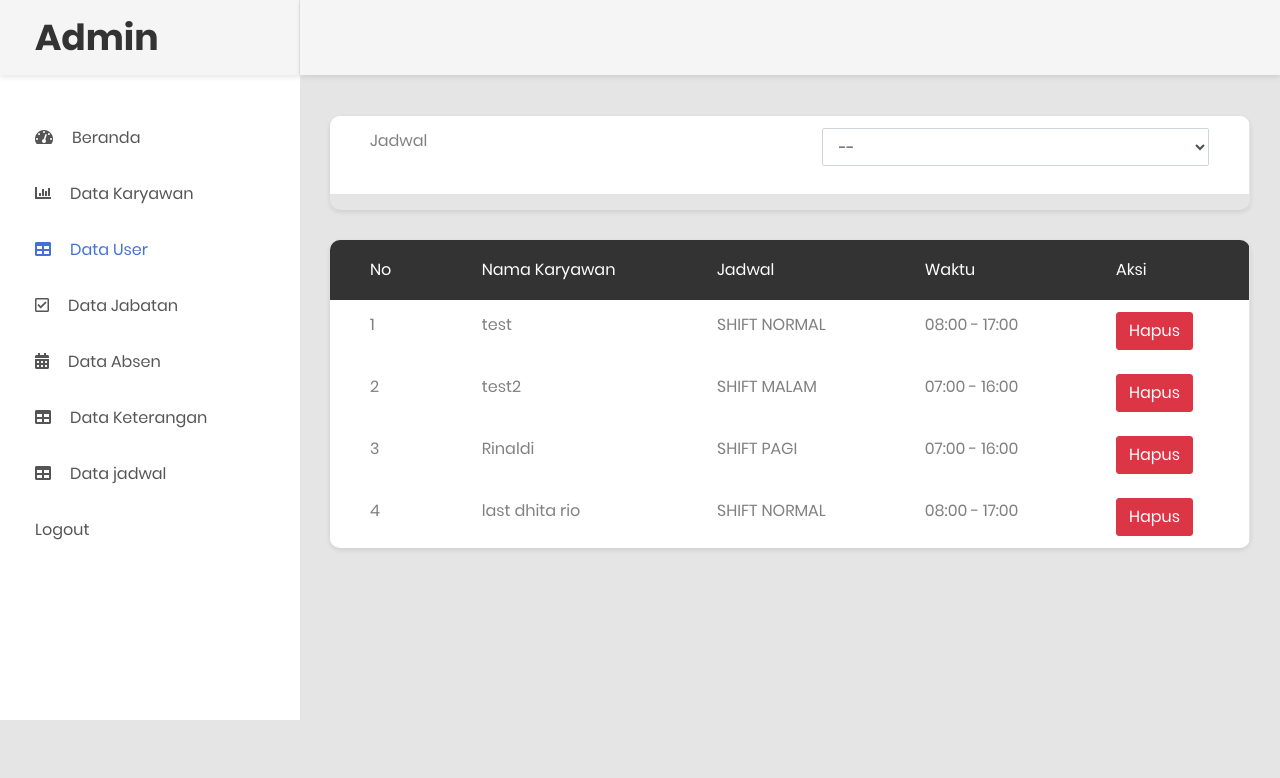
Repository: naldi23bob/Absen2
Page: http://localhost/datajadwal.php
An editor plug-in stored every save of this project. The page is shown before and after the next save, followed by the edit.
The browser window is 1280 px wide. The pictures show the whole page.
The page is run by PHP 8.4 with error messages shown; the project is at /var/www/html/. The session is filled in as if someone had signed in: {"idsi": 2, "namasi": "admin", "ttlsi": 1, "jenkelsi": 1, "agamasi": 1, "alamatsi": 1, "teleponsi": 1, "jabatansi": 1, "schedulesi": 1, "fotosi": 1, "username": "admin"}. The database holds what the project's SQL file puts in it.

Above is the page before, as saved 2023-07-23 16:09:27.

After the next save:
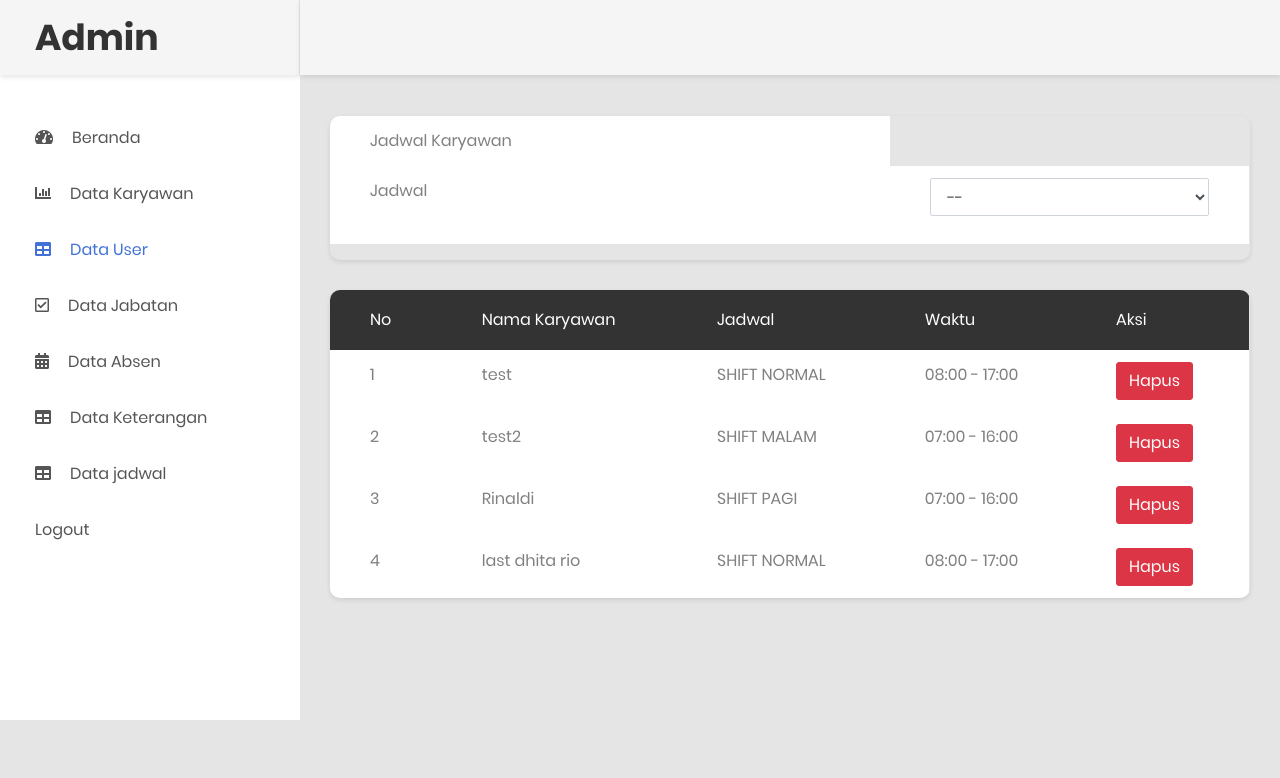
Saved 2 min 9 s later.
--- a/datajadwal.php
+++ b/datajadwal.php
@@ -193,7 +193,7 @@ error_reporting(0);
                             <form action="admin/admin_save.php" method="post">
                                 <div class="form-group">
                                 <table class="table table-borderless table-striped table-earning" >
-
+                                        <td> Jadwal Karyawan <?td>
                                         <tbody>
                                         <td>Jadwal</td>
                                                 <td>
